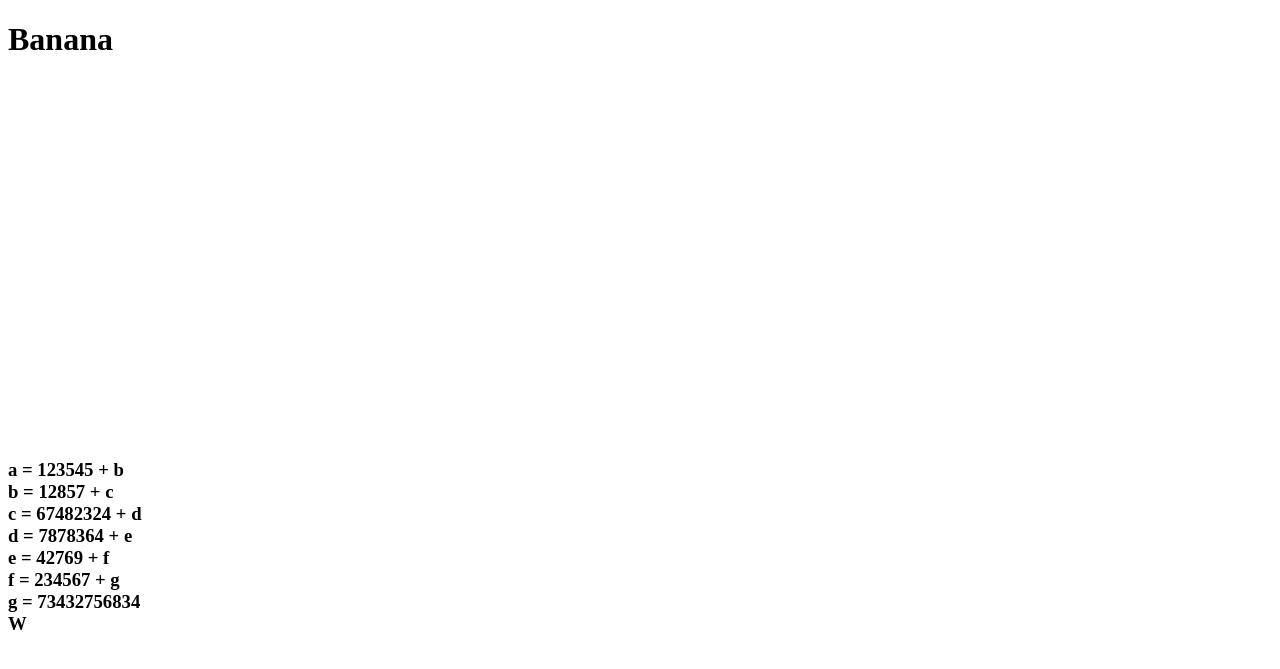
Repository: brightwhitesnow/brightwhitesnow.github.io
Page: Weba/lesson 1/index.html
The author's editor kept a copy of each file at every save. The page is drawn from the files as they stood at one save, then again after a run of saves.
The browser window is 1280 px wide. The pictures show the whole page.

Above is the page before, as saved 2021-03-28 10:49:38.
Console error: SyntaxError: Unexpected token '{'

After the next 2 saves:
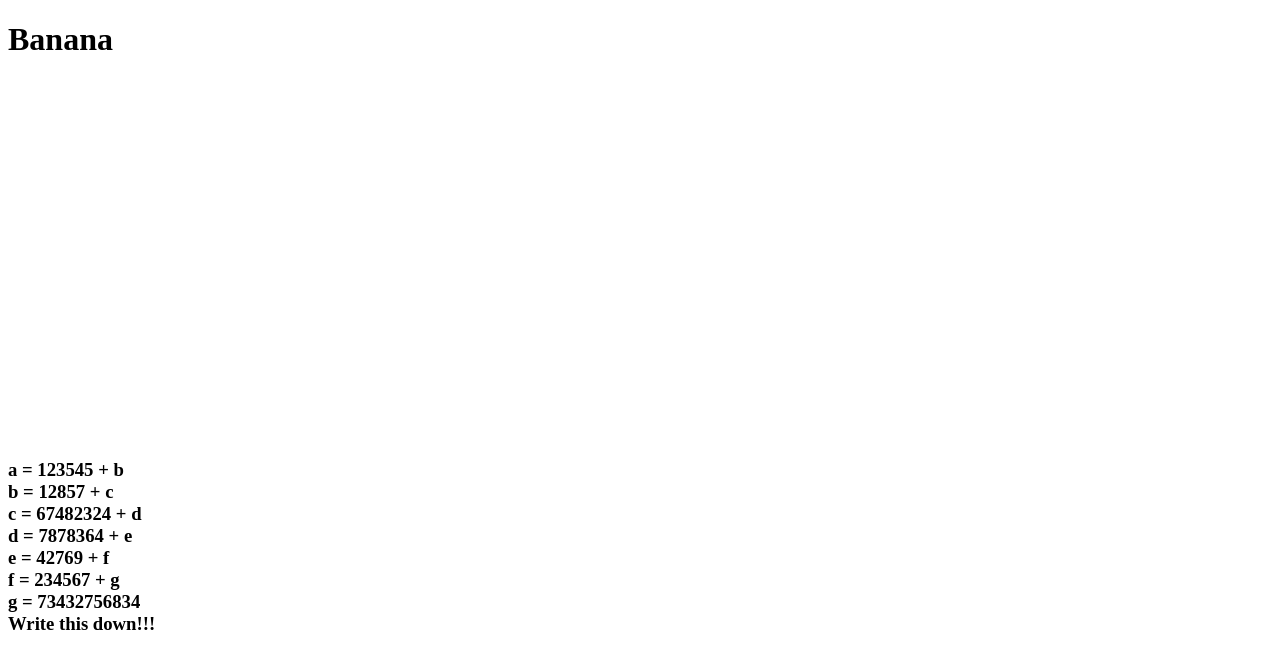
The 2 saves are shown as one change because they came seconds apart.
The last was saved 9 s later.
--- a/Weba/lesson 1/index.html
+++ b/Weba/lesson 1/index.html
@@ -15,7 +15,8 @@
             d = 7878364 + e<BR>
             e = 42769 + f<BR>
             f = 234567 + g<BR>
-            g = 73432756834<BR> W</h3>
+            g = 73432756834<BR>Write this down!!!</h3>
+
     <!--Script Tag-->
     <script src="./main.js"></script>
 </body>
